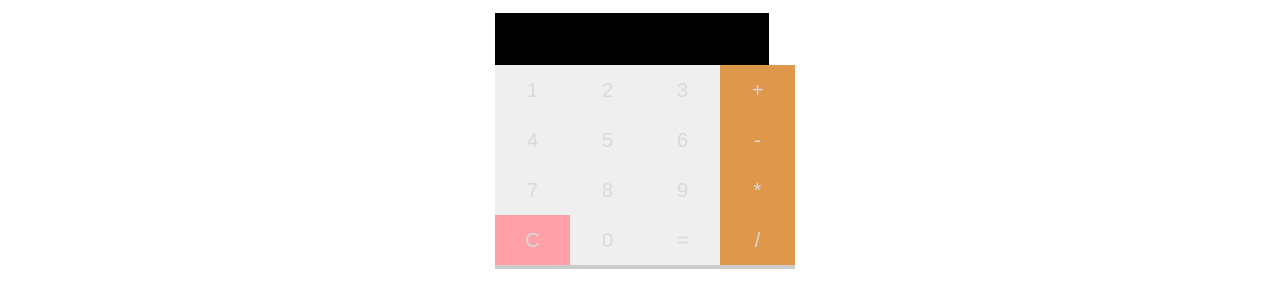
Repository: Drumstrum88/LAB-calculator
Page: index.html
An editor plug-in stored every save of this project. The page is shown before and after the next save, followed by the edit.
The browser window is 1280 px wide. The pictures show the whole page.

Above is the page before, as saved 2023-04-15 21:05:11.

### index.html
<!DOCTYPE html>
<html lang="en">
<head>
  <meta charset="UTF-8">
  <meta http-equiv="X-UA-Compatible" content="IE=edge">
  <meta name="viewport" content="width=device-width, initial-scale=1.0">
  <title>Calculator</title>
  <link rel="stylesheet" href="main.css">
</head>
<body>
  <div class="center-div">
  <input type="text" name="input" size="16" id="answer"><br>
  <input type="button" name="one" value="1" onclick="calc.input.value += '1'">
            <input type="button" name="two" value="2" onclick="calc.input.value += '2'">
            <input type="button" name="three" value="3" onclick="calc.input.value += '3'">
            <input type="button" class="operator" name="plus" value="+" onclick="calc.input.value += '+'">
            <br>
            <input type="button" name="four" value="4" onclick="calc.input.value += '4'">
            <input type="button" name="five" value="5" onclick="calc.input.value += '5'">
            <input type="button" name="six" value="6" onclick="calc.input.value += '6'">
            <input type="button" class="operator" name="minus" value="-" onclick="calc.input.value += '-'">
             <br>
             <input type="button" name="seven" value="7" onclick="calc.input.value += '7'">
             <input type="button" name="eight" value="8" onclick="calc.input.value += '8'">
             <input type="button" name="nine" value="9" onclick="calc.input.value += '9'">
             <input type="button" class="operator" name="times" value="*" onclick="calc.input.value += '*'">
             <br>
             <input type="button" id="clear" name="clear" value=" C " onclick="calc.input.value=''">
             <input type="button" name="zero" value="0" onclick="clac.input.value +='0'">
             <input type="button" name="doit" value=" = " onclick="calc.input.value=eval(calc.input.value)">
             <input type="button" class="operator" name="div" value="/" onclick="calc.input.value += '/'">
            </div>
  </body>
</html>

### main.css
body {
  display: flex;
  justify-content: center;
  align-items: center;

}
  center-div {
  width: 400px;
  background-color: 000000;
  }


  #answer{
    width: 270px;
    font-size: 26px;
    text-align: right;
    background-color: #000000;
    float: left;
    color: #ffffff;
}
/* answer hover effect */
#answer:hover{
    width: 270px;
    font-size: 26px;
    text-align: right;
    box-shadow: 0 4px rgba(0,0,0,0.2);
    background-color: #000000;
}

input{
  outline: 0;
  position: relative;
  left: 5px;
  top: 5px;
  border: 0;
  color:#d8d9db ;
  background-color: 4px;
  width: 75px;
  height: 50px;
  float: left;
  /*margin: 5px;*/
  font-size: 20px;
  box-shadow: 0 4px rgba(0,0,0,0.2);
}

.operator{
  background-color: #df974c;
  position: relative;
}


#clear{
  float: left;
  position: relative;
  display: block;
  background-color: #ff9fa8;
  margin-bottom: 15px;
}

After the next save:
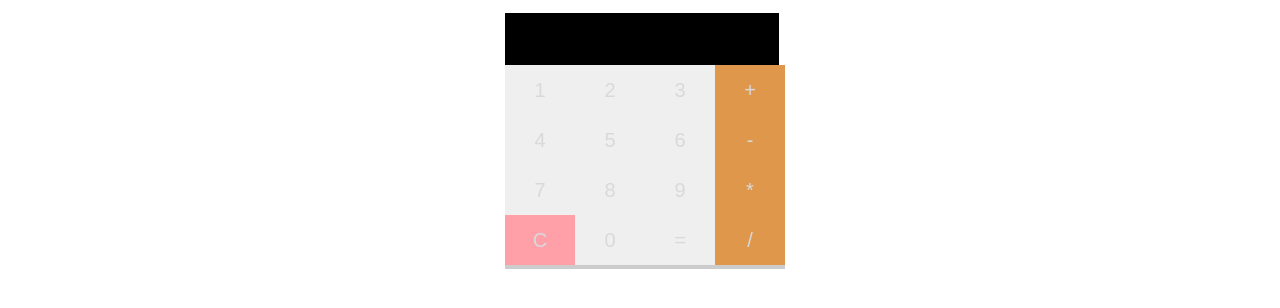
Saved 4 s later.
--- a/main.css
+++ b/main.css
@@ -35,7 +35,7 @@ input{
   border: 0;
   color:#d8d9db ;
   background-color: 4px;
-  width: 75px;
+  width: 70px;
   height: 50px;
   float: left;
   /*margin: 5px;*/
